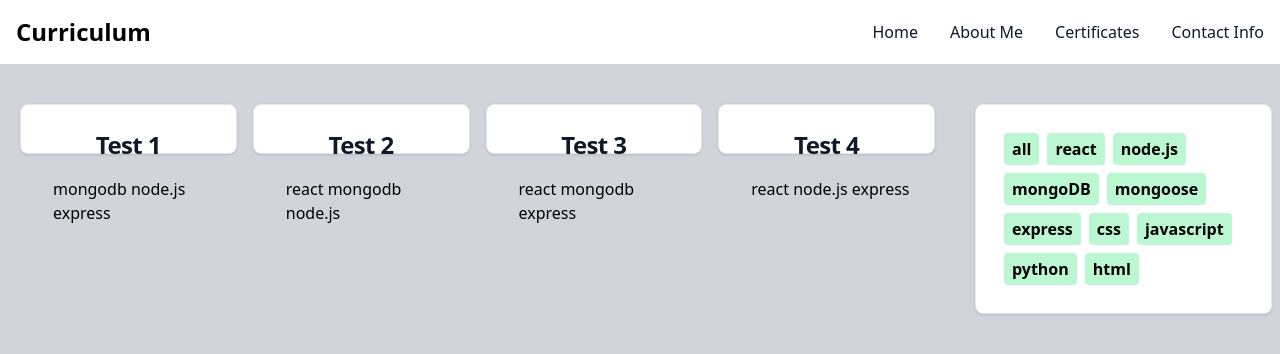
Repository: JetPi/Presentatio-Project
Page: /about/certificates
The author's editor kept a copy of each file at every save. The page is drawn from the files as they stood at one save, then again after the next save.
The browser window is 1280 px wide. The pictures show the whole page.
The project was rebuilt for these pictures with package versions that can differ from the ones it lists, and the page was loaded fresh each time. The framework's server and built-in components were replaced by stand-ins that run in the browser. Also part of the build but not shown: next.config.js.

Above is the page before, as saved 2023-04-03 16:43:20.

### src/pages/_app.tsx
import "@/styles/globals.css";
import type { AppProps } from "next/app";
import { NavBar } from "@/components/NavBar";

const navList = [
  { text: "Home", href: "/" },
  { text: "About Me", href: "/about/me" },
  { text: "Certificates", href: "/about/certificates" },
  { text: "Contact Info", href: "/about/socials" },
];

export default function App({ Component, pageProps }: AppProps) {
  return (
    <div className="min-h-screen pb-2 bg-gray-300 h-cover">
      <NavBar navList={navList} />
      <Component {...pageProps} />
    </div>
  );
}

### src/pages/about/certificates.tsx
import { Card, CardTitle, CardButton } from "@/components/Card";
import CertificateList from "@/components/CertificateList";
import Image from "next/image";
import { Url } from "url";

const DUMMY_SKILL_LIST = [
  "react",
  "node.js",
  "mongoDB",
  "mongoose",
  "express",
  "css",
  "javascript",
  "python",
  "html",
];

const url: Url = {
  href: "/about/me",
  auth: null,
  hash: null,
  host: null,
  hostname: null,
  path: null,
  pathname: null,
  protocol: null,
  search: null,
  slashes: null,
  port: null,
  query: null,
};

const DUMMY_TEST = [
  {
    name: "Test 1",
    source: "Source 1",
    description: "DESCRIPTION HERE",
    image: "https://picsum.photos/200/300",
    skills: ["mongoDB", "Node.js", "Express"],
    url,
  },
  {
    name: "Test 2",
    source: "Source 2",
    description: "DESCRIPTION HERE",
    image: "https://picsum.photos/200/300",
    skills: ["react", "mongoDB", "Node.js"],
    url,
  },
  {
    name: "Test 3",
    description: "DESCRIPTION HERE",
    source: "Source 3",
    image: "https://picsum.photos/200/300",
    skills: ["react", "mongoDB", "Express"],
    url,
  },
  {
    name: "Test 4",
    source: "Source 4",
    description: "DESCRIPTION HERE",
    image: "https://picsum.photos/200/300",
    skills: ["react", "Node.js", "Express"],
    url,
  },
];

export default function Certificate() {
  return (
    <div>
      <CertificateList itemList={DUMMY_TEST} skillList={DUMMY_SKILL_LIST} />
    </div>
  );
}

### src/styles/globals.css
@tailwind base;
@tailwind components;
@tailwind utilities;

:root {
  --max-width: 1100px;
  --border-radius: 12px;
  --font-mono: ui-monospace, Menlo, Monaco, "Cascadia Mono", "Segoe UI Mono",
    "Roboto Mono", "Oxygen Mono", "Ubuntu Monospace", "Source Code Pro",
    "Fira Mono", "Droid Sans Mono", "Courier New", monospace;

  --foreground-rgb: 0, 0, 0;
  --background-start-rgb: 214, 219, 220;
  --background-end-rgb: 255, 255, 255;

  --primary-glow: conic-gradient(
    from 180deg at 50% 50%,
    #16abff33 0deg,
    #0885ff33 55deg,
    #54d6ff33 120deg,
    #0071ff33 160deg,
    transparent 360deg
  );
  --secondary-glow: radial-gradient(
    rgba(255, 255, 255, 1),
    rgba(255, 255, 255, 0)
  );

  --tile-start-rgb: 239, 245, 249;
  --tile-end-rgb: 228, 232, 233;
  --tile-border: conic-gradient(
    #00000080,
    #00000040,
    #00000030,
    #00000020,
    #00000010,
    #00000010,
    #00000080
  );

  --callout-rgb: 238, 240, 241;
  --callout-border-rgb: 172, 175, 176;
  --card-rgb: 180, 185, 188;
  --card-border-rgb: 131, 134, 135;
}

@media (prefers-color-scheme: dark) {
  :root {
    --foreground-rgb: 255, 255, 255;
    --background-start-rgb: 0, 0, 0;
    --background-end-rgb: 0, 0, 0;

    --primary-glow: radial-gradient(rgba(1, 65, 255, 0.4), rgba(1, 65, 255, 0));
    --secondary-glow: linear-gradient(
      to bottom right,
      rgba(1, 65, 255, 0),
      rgba(1, 65, 255, 0),
      rgba(1, 65, 255, 0.3)
    );

    --tile-start-rgb: 2, 13, 46;
    --tile-end-rgb: 2, 5, 19;
    --tile-border: conic-gradient(
      #ffffff80,
      #ffffff40,
      #ffffff30,
      #ffffff20,
      #ffffff10,
      #ffffff10,
      #ffffff80
    );

    --callout-rgb: 20, 20, 20;
    --callout-border-rgb: 108, 108, 108;
    --card-rgb: 100, 100, 100;
    --card-border-rgb: 200, 200, 200;
  }
}

* {
  box-sizing: border-box;
  padding: 0;
  margin: 0;
}

html,
body {
  max-width: 100vw;
  overflow-x: hidden;
}

body {
  color: rgb(var(--foreground-rgb));
}

a {
  color: inherit;
  text-decoration: none;
}

@media (prefers-color-scheme: dark) {
  html {
    color-scheme: dark;
  }
}

### src/components/NavBar.tsx
import Image from "next/image";
import Link from "next/link";
import { ReactNode } from "react";
type NavData = {
  href: string;
  text: string;
};

interface Props {
  children?: ReactNode | string;
  href?: string;
  navList?: Array<NavData>;
}

function NavItem({ children, href }: Props) {
  return (
    <li>
      <Link
        href={{ pathname: href }}
        className="block py-2 pl-3 pr-4 text-gray-900 rounded hover:bg-gray-100 md:hover:bg-transparent md:border-0 md:hover:text-blue-700 md:p-0 dark:text-white md:dark:hover:text-blue-500 dark:hover:bg-gray-700 dark:hover:text-white md:dark:hover:bg-transparent"
      >
        {children}
      </Link>
    </li>
  );
}

export function NavBar({ navList }: Props) {
  return (
    <nav className="bg-white border-gray-200 dark:bg-gray-900">
      <div className="flex flex-wrap items-center justify-between max-w-screen-xl p-4 mx-auto">
        <span className="self-center text-2xl font-semibold whitespace-nowrap dark:text-white">
          Curriculum
        </span>
        <button
          data-collapse-toggle="navbar-default"
          type="button"
          className="inline-flex items-center p-2 ml-3 text-sm text-gray-500 rounded-lg md:hidden hover:bg-gray-100 focus:outline-none focus:ring-2 focus:ring-gray-200 dark:text-gray-400 dark:hover:bg-gray-700 dark:focus:ring-gray-600"
          aria-controls="navbar-default"
          aria-expanded="false"
        >
          <span className="sr-only">Open main menu</span>
          <svg
            className="w-6 h-6"
            aria-hidden="true"
            fill="currentColor"
            viewBox="0 0 20 20"
            xmlns="http://www.w3.org/2000/svg"
          >
            <path
              fillRule="evenodd"
              d="M3 5a1 1 0 011-1h12a1 1 0 110 2H4a1 1 0 01-1-1zM3 10a1 1 0 011-1h12a1 1 0 110 2H4a1 1 0 01-1-1zM3 15a1 1 0 011-1h12a1 1 0 110 2H4a1 1 0 01-1-1z"
              clipRule="evenodd"
            ></path>
          </svg>
        </button>
        <div className="hidden w-full md:block md:w-auto" id="navbar-default">
          <ul className="flex flex-col p-4 mt-4 font-medium border border-gray-100 rounded-lg md:p-0 bg-gray-50 md:flex-row md:space-x-8 md:mt-0 md:border-0 md:bg-white dark:bg-gray-800 md:dark:bg-gray-900 dark:border-gray-700">
            {navList?.map((item) => {
              return (
                <NavItem href={item.href} key={Math.random()}>
                  {item.text}
                </NavItem>
              );
            })}
          </ul>
        </div>
      </div>
    </nav>
  );
}

### src/components/CertificateList.tsx
import React, { MouseEventHandler, useEffect, useState } from "react";
import { Url } from "url";
import { Card, CardButton, CardTitle } from "./Card";
import Image from "next/image";

interface Props {
  itemList: Array<{
    name: string;
    image: string;
    description: string;
    skills: Array<string>;
    url: Url;
  }>;
  skillList: Array<string>;
}

interface buttonProps {
  skill: string;
  onClickHandler: MouseEventHandler;
}

function CertificateButton({ skill, onClickHandler }: buttonProps) {
  return (
    <button
      className="px-2 py-1 m-1 font-semibold bg-green-200 border-green-800 rounded"
      onClick={onClickHandler}
    >
      {skill}
    </button>
  );
}

export default function CertificateList({ itemList, skillList }: Props) {
  const initialList = itemList.map((item) => {
    return {
      ...item,
      skills: item.skills.map((skill) => {
        return skill.toLowerCase();
      }),
    };
  });
  const [list, setList] = useState(initialList);

  function skillRemover(skill: string) {
    let tempList = initialList.filter((item) => {
      return item.skills.includes(skill);
    });
    setList(tempList);
  }

  return (
    <div className="flex flex-row">
      <div className="grid w-3/4 grid-cols-4 gap-4 mx-5 mt-10">
        {list?.map((item) => {
          return (
            <Card key={item.name} styling="flex flex-col h-10">
              <CardTitle>{item.name}</CardTitle>
              <div className="w-full m-2 h-18">
                {item.skills.map((skill) => {
                  return skill + " ";
                })}
              </div>
            </Card>
          );
        })}
      </div>
      <div className="w-1/4 mt-10 ml-5">
        <Card styling="mr-2">
          <ul className="flex flex-row flex-wrap">
            <CertificateButton
              skill={"all"}
              onClickHandler={() => setList(initialList)}
            />
            {skillList?.map((item) => {
              return (
                <li key={item}>
                  <CertificateButton
                    skill={item}
                    onClickHandler={() => {
                      skillRemover(item);
                    }}
                  />
                </li>
              );
            })}
          </ul>
        </Card>
      </div>
    </div>
  );
}

### src/components/Card.tsx
import { redirect } from "next/dist/server/api-utils";
import Link from "next/link";
import { useRouter } from "next/router";
import { Url } from "url";
import React, { MouseEventHandler, ReactNode, useState } from "react";
interface Props {
  children?: ReactNode;
  styling?: string;
  href?: string;
}

interface ButtonProps {
  children?: ReactNode;
  styling?: string;
  href: Url;
}

export function Card({ styling, children }: Props) {
  return (
    <div
      className={`${
        styling ? styling : "flex justify-stretch"
      } p-6 bg-white border border-gray-200 rounded-lg shadow hover:bg-gray-100 dark:bg-gray-800 dark:border-gray-700 dark:hover:bg-gray-700`}
    >
      {children}
      <p className="font-normal text-gray-700 dark:text-gray-400"></p>
    </div>
  );
}

export function CardButton({ href, styling, children }: ButtonProps) {
  return (
    <Link
      className={`${
        styling ? styling : "w-32  "
      } p-2 text-center bg-white border border-gray-200 rounded-lg shadow hover:bg-gray-100 dark:bg-gray-800 dark:border-gray-700 dark:hover:bg-gray-700`}
      href={href.href}
    >
      {children}
    </Link>
  );
}

export function CardTitle({ children }: Props) {
  return (
    <h5 className="mb-2 text-2xl font-bold tracking-tight text-center text-gray-900 dark:text-white">
      {children}
    </h5>
  );
}

Loaded but not shown: src/pages/_document.tsx (common file); tailwind.config.js (common file)

After the next save:
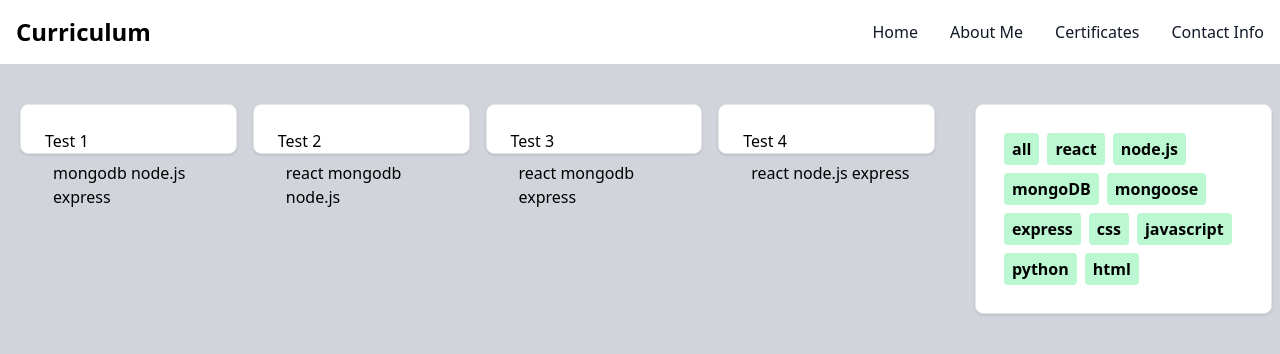
Saved 24 s later.
--- a/src/components/CertificateList.tsx
+++ b/src/components/CertificateList.tsx
@@ -54,7 +54,7 @@ export default function CertificateList({ itemList, skillList }: Props) {
         {list?.map((item) => {
           return (
             <Card key={item.name} styling="flex flex-col h-10">
-              <CardTitle>{item.name}</CardTitle>
+              <div>{item.name}</div>
               <div className="w-full m-2 h-18">
                 {item.skills.map((skill) => {
                   return skill + " ";
